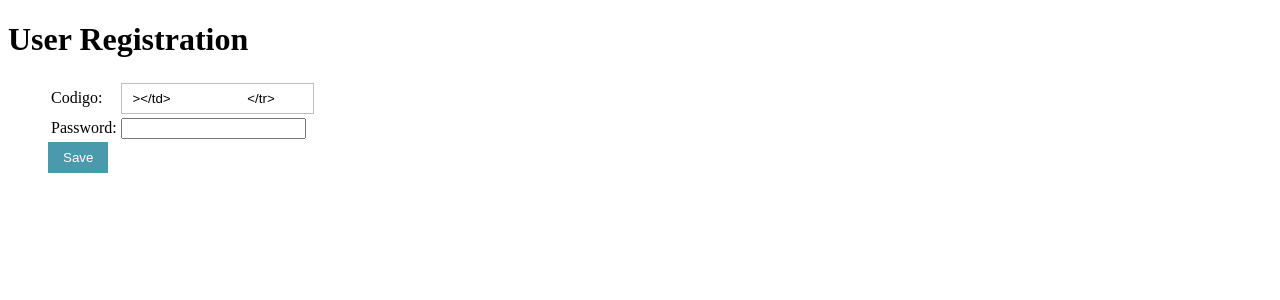
Repository: ViniciusBeletella/project-jsp
Page: http://localhost/project-jsp/userRegistration.jsp
The author's editor kept a copy of each file at every save. The page is drawn from the files as they stood at one save, then again after the next save.
The browser window is 1280 px wide. The pictures show the whole page.
The page is served by Tomcat 9. Other server files are loaded and not shown.

Above is the page before, as saved 2019-12-20 13:39:25.

### project-jsp/WebContent/userRegistration.jsp
<%@ page language="java" contentType="text/html; charset=UTF-8"
	pageEncoding="UTF-8"%>
<%@ taglib uri="http://java.sun.com/jsp/jstl/core" prefix="c" %>
<!DOCTYPE html>
<html>
<head>
<meta charset="UTF-8">
<title>User Registration</title>
<link rel="stylesheet" href="resources/css/registration.css">
</head>
<body>

	<h1>User Registration</h1>

	<form action="saveUser" method="post">
	<ul class="form-style-1">
	<li>
		<table>
		    <tr>
				<td>Codigo:</td>
				<td><input type="text" readonly="readonly" id="id" name="id" value="${user.id} ></td>
			</tr>
			<tr>
				<td>Login:</td>
				<td><input type="text" id="login" name="login" value="${user.login}"></td>
			</tr>

			<tr>
				<td>Password:</td>
				<td><input type="password" id="password" name="password" value="${user.password}"></td>
			</tr>
		</table>
		<input type="submit" value="Save">
		</li>
		</ul>
	</form>
	<table>

	<c:forEach items="${users}" var="userL">
	<tr>
	<td style="width: 150px"><c:out value="${userL.id}"></c:out></td>
	<td style="width: 150px"><c:out value="${userL.login}"></c:out></td>
	<td style="width: 150px"><c:out value="${userL.password}"></c:out></td>
		<td><c:out value="${user.password}"></c:out></td>
		<td><a href="saveUser?acao=delete&user=${userL.login}">Delete</a> </td>
		<td><a href="saveUser?acao=edit&user=${userL.login}">Edit</a> </td>

	</tr>

	</c:forEach>

	</table>


</body>
</html>

### project-jsp/WebContent/resources/css/registration.css

<style type="text/css">
.form-style-1 {
	margin:10px auto;
	max-width: 400px;
	padding: 20px 12px 10px 20px;
	font: 13px "Lucida Sans Unicode", "Lucida Grande", sans-serif;
}
.form-style-1 li {
	padding: 0;
	display: block;
	list-style: none;
	margin: 10px 0 0 0;
}
.form-style-1 label{
	margin:0 0 3px 0;
	padding:0px;
	display:block;
	font-weight: bold;
}
.form-style-1 input[type=text],
.form-style-1 input[type=date],
.form-style-1 input[type=datetime],
.form-style-1 input[type=number],
.form-style-1 input[type=search],
.form-style-1 input[type=time],
.form-style-1 input[type=url],
.form-style-1 input[type=email],
textarea,
select{
	box-sizing: border-box;
	-webkit-box-sizing: border-box;
	-moz-box-sizing: border-box;
	border:1px solid #BEBEBE;
	padding: 7px;
	margin:0px;
	-webkit-transition: all 0.30s ease-in-out;
	-moz-transition: all 0.30s ease-in-out;
	-ms-transition: all 0.30s ease-in-out;
	-o-transition: all 0.30s ease-in-out;
	outline: none;
}
.form-style-1 input[type=text]:focus,
.form-style-1 input[type=date]:focus,
.form-style-1 input[type=datetime]:focus,
.form-style-1 input[type=number]:focus,
.form-style-1 input[type=search]:focus,
.form-style-1 input[type=time]:focus,
.form-style-1 input[type=url]:focus,
.form-style-1 input[type=email]:focus,
.form-style-1 textarea:focus,
.form-style-1 select:focus{
	-moz-box-shadow: 0 0 8px #88D5E9;
	-webkit-box-shadow: 0 0 8px #88D5E9;
	box-shadow: 0 0 8px #88D5E9;
	border: 1px solid #88D5E9;
}
.form-style-1 .field-divided{
	width: 49%;
}

.form-style-1 .field-long{
	width: 100%;
}
.form-style-1 .field-select{
	width: 100%;
}
.form-style-1 .field-textarea{
	height: 100px;
}
.form-style-1 input[type=submit], .form-style-1 input[type=button]{
	background: #4B99AD;
	padding: 8px 15px 8px 15px;
	border: none;
	color: #fff;
}
.form-style-1 input[type=submit]:hover, .form-style-1 input[type=button]:hover{
	background: #4691A4;
	box-shadow:none;
	-moz-box-shadow:none;
	-webkit-box-shadow:none;
}
.form-style-1 .required{
	color:red;
}
</style>

After the next save:
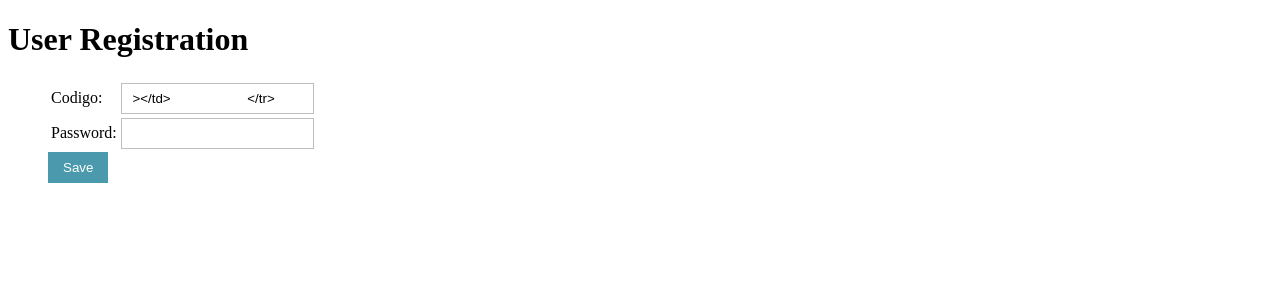
Saved 59 s later.
--- a/project-jsp/WebContent/resources/css/registration.css
+++ b/project-jsp/WebContent/resources/css/registration.css
@@ -19,6 +19,7 @@
 	font-weight: bold;
 }
 .form-style-1 input[type=text],
+.form-style-1 input[type=password],
 .form-style-1 input[type=date],
 .form-style-1 input[type=datetime],
 .form-style-1 input[type=number],
